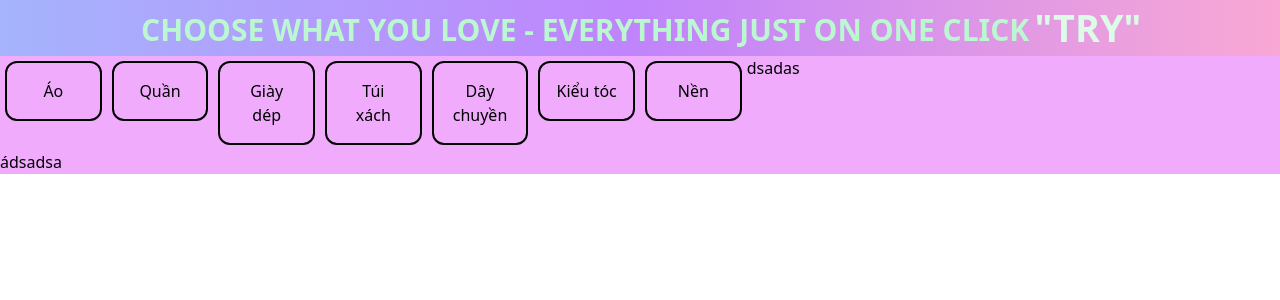
Repository: NguyenVietPhuQuy/ReactJs-TailWind-Redux-FunctionHook-ModelDesign
Page: / (app in modeldesign/)
The author's editor kept a copy of each file at every save. The page is drawn from the files as they stood at one save, then again after the next save.
The browser window is 1280 px wide. The pictures show the whole page.
The project was rebuilt for these pictures with package versions that can differ from the ones it lists, and the page was loaded fresh each time. Also part of the build but not shown: modeldesign/src/App.css.

Above is the page before, as saved 2022-11-17 13:32:16.

### modeldesign/public/index.html
<!DOCTYPE html>
<html lang="en">
  <head>
    <meta charset="utf-8" />
    <link rel="icon" href="%PUBLIC_URL%/favicon.ico" />
    <meta name="viewport" content="width=device-width, initial-scale=1" />
    <meta name="theme-color" content="#000000" />
    <meta
      name="description"
      content="Web site created using create-react-app"
    />
    <!--bootstrap-->
    <link rel="stylesheet" href="https://cdnjs.cloudflare.com/ajax/libs/bootstrap/5.2.2/js/bootstrap.min.js">
    <link rel="apple-touch-icon" href="%PUBLIC_URL%/logo192.png" />
    <!--
      manifest.json provides metadata used when your web app is installed on a
      user's mobile device or desktop. See https://developers.google.com/web/fundamentals/web-app-manifest/
    -->
    <link rel="manifest" href="%PUBLIC_URL%/manifest.json" />
    <!--
      Notice the use of %PUBLIC_URL% in the tags above.
      It will be replaced with the URL of the `public` folder during the build.
      Only files inside the `public` folder can be referenced from the HTML.

      Unlike "/favicon.ico" or "favicon.ico", "%PUBLIC_URL%/favicon.ico" will
      work correctly both with client-side routing and a non-root public URL.
      Learn how to configure a non-root public URL by running `npm run build`.
    -->
    <title>React App</title>
  </head>
  <body>
    <noscript>You need to enable JavaScript to run this app.</noscript>
    <div id="root"></div>
    <!--
      This HTML file is a template.
      If you open it directly in the browser, you will see an empty page.

      You can add webfonts, meta tags, or analytics to this file.
      The build step will place the bundled scripts into the <body> tag.

      To begin the development, run `npm start` or `yarn start`.
      To create a production bundle, use `npm run build` or `yarn build`.
    -->
  </body>
</html>

### modeldesign/src/index.js
import React from 'react';
import ReactDOM from 'react-dom/client';
import './index.css';
import App from './App';
import reportWebVitals from './reportWebVitals';
import {Provider} from 'react-redux'
import store from './Components/Reducer/Store';
const root = ReactDOM.createRoot(document.getElementById('root'));
root.render(
  <React.StrictMode>
    <Provider store ={store}>
    <App/>
    </Provider>
  </React.StrictMode>
);

// If you want to start measuring performance in your app, pass a function
// to log results (for example: reportWebVitals(console.log))
// or send to an analytics endpoint. Learn more: https://bit.ly/CRA-vitals
reportWebVitals();

### modeldesign/src/App.js
import React from 'react';
import './App.css';
import Home from './Components/Home.js'
function App() {
  return (
    <div>
      <Home/>
    </div>
  );
}

export default App;

### modeldesign/src/Components/Reducer/Store.js
import {createStore} from "redux"
import rootReducer from "./RootReducer"

const store = createStore(rootReducer,window.__REDUX_DEVTOOLS_EXTENSION__ && window.__REDUX_DEVTOOLS_EXTENSION__())
export default store

### modeldesign/src/Components/Home.js
import React from "react";
import Header from './Header.js'
import Category from "./Category.js";
import ProductList from "./ProductList.js";
import Model from "./Model.js";
function Home() {
    return (
        <div className="container mx-auto relative bg-fuchsia-300">
            <section className=
            " bg-gradient-to-r from-indigo-300 via-purple-400 to-pink-300 w-full ring-2 ring-transparent">
                    <Header/>
            </section>
            <section className="main flex flex-row">
                <div className="basis-7/12">
                    <Category/>
                    <ProductList/>
                </div>
                <div className="basis-5/12">
                    <Model />
                </div>
            </section>
        </div>
    )
}
export default Home

### modeldesign/src/Components/Reducer/RootReducer.js
import { combineReducers } from "redux";
import ProductReducer from './ProductReducer'
import CategoryReducer from './CategoryReducer'

const RootReducer = combineReducers({
    products: ProductReducer,
    categories: CategoryReducer,

})

export default RootReducer

### modeldesign/src/Components/Header.js
import React from "react";
import 'animate.css'
function Header(){
    return (
        <div className="text-center text-3xl p-2 font-semibold text-green-200 ">
            CHOOSE WHAT YOU LOVE - EVERYTHING JUST ON ONE CLICK <span className="text-green-100 font-bold text-4xl animate__animated animate__pulse animate__infinite inline-block">"TRY" </span>
        </div>
    )
}
export default Header

### modeldesign/src/Components/Category.js
import React from "react";
import { useSelector } from 'react-redux'


function Category(props) {
    const returnValue = useSelector(state => state.categories.category)
    return (
        <div className=" flex flex-row w-full">
            {returnValue.map((item) => {
                return (
                    <div className="w-1/2" style={{margin:5}}>
                        <button className="p-4 w-full rounded-xl "  style={{ border: "2px solid black"}} >{item.showName}</button>
                    </div>
                )
            })}
        </div>
    )
}

export default Category

### modeldesign/src/Components/ProductList.js
import React from "react";
function ProductList(){
    return(<div>
ádsadsa
    </div>)
}
export default ProductList

### modeldesign/src/Components/Model.js
import React from "react";
function Model(){
    return(<div>
        dsadas
    </div>)
}
export default Model

### modeldesign/src/Components/Reducer/ProductReducer.js

const initialState = {
    product: [{
        id: 'topcloth_1',
        type: "topclothes",
        name: "Top Cloth 1",
        desc: "Lorem ipsum dolor, sit amet consectetur adipisicing elit. Aliquid, nulla.",
        imgSrc_jpg: 'images/clothes/topcloth1_show.jpg',
        imgSrc_png: 'images/clothes/topcloth1.png',
    },
    {
        id: 'topcloth_2',
        type: "topclothes",
        name: "Top Cloth 2",
        desc: "Lorem ipsum dolor, sit amet consectetur adipisicing elit. Aliquid, nulla.",
        imgSrc_jpg: 'images/clothes/topcloth2_show.jpg',
        imgSrc_png: 'images/clothes/topcloth2.png',
    },
    {
        id: 'topcloth_3',
        type: "topclothes",
        name: "Top Cloth 3",
        desc: "Lorem ipsum dolor, sit amet consectetur adipisicing elit. Aliquid, nulla.",
        imgSrc_jpg: 'images/clothes/topcloth3_show.jpg',
        imgSrc_png: 'images/clothes/topcloth3.png',
    },
    {
        id: 'topcloth_4',
        type: "topclothes",
        name: "Top Cloth 4",
        desc: "Lorem ipsum dolor, sit amet consectetur adipisicing elit. Aliquid, nulla.",
        imgSrc_jpg: 'images/clothes/topcloth4_show.jpg',
        imgSrc_png: 'images/clothes/topcloth4.png',
    },
    {
        id: 'topcloth_5',
        type: "topclothes",
        name: "Top Cloth 5",
        desc: "Lorem ipsum dolor, sit amet consectetur adipisicing elit. Aliquid, nulla.",
        imgSrc_jpg: 'images/clothes/topcloth5_show.jpg',
        imgSrc_png: 'images/clothes/topcloth5.png',
    },
    {
        id: 'topcloth_6',
        type: "topclothes",
        name: "Top Cloth ",
        desc: "Lorem ipsum dolor, sit amet consectetur adipisicing elit. Aliquid, nulla.",
        imgSrc_jpg: 'images/clothes/topcloth6_show.jpg',
        imgSrc_png: 'images/clothes/topcloth6.png',
    },

    // Both clothes
    {
        id: 'botcloth_1',
        type: "botclothes",
        name: "Bot Cloth 1",
        desc: "Lorem ipsum dolor, sit amet consectetur adipisicing elit. Aliquid, nulla.",
        imgSrc_jpg: 'images/clothes/botcloth1_show.jpg',
        imgSrc_png: 'images/clothes/botcloth1.png',
    },
    {
        id: 'botcloth_2',
        type: "botclothes",
        name: "Bot Cloth 2",
        desc: "Lorem ipsum dolor, sit amet consectetur adipisicing elit. Aliquid, nulla.",
        imgSrc_jpg: 'images/clothes/botcloth2_show.jpg',
        imgSrc_png: 'images/clothes/botcloth2.png',
    },
    {
        id: 'botcloth_3',
        type: "botclothes",
        name: "Bot Cloth 3",
        desc: "Lorem ipsum dolor, sit amet consectetur adipisicing elit. Aliquid, nulla.",
        imgSrc_jpg: 'images/clothes/botcloth3_show.jpg',
        imgSrc_png: 'images/clothes/botcloth3.png',
    },
    {
        id: 'botcloth_4',
        type: "botclothes",
        name: "Bot Cloth 4",
        desc: "Lorem ipsum dolor, sit amet consectetur adipisicing elit. Aliquid, nulla.",
        imgSrc_jpg: 'images/clothes/botcloth4_show.jpg',
        imgSrc_png: 'images/clothes/botcloth4.png',
    },
    {
        id: 'botcloth_5',
        type: "botclothes",
        name: "Bot Cloth 5",
        desc: "Lorem ipsum dolor, sit amet consectetur adipisicing elit. Aliquid, nulla.",
        imgSrc_jpg: 'images/clothes/botcloth5_show.jpg',
        imgSrc_png: 'images/clothes/botcloth5.png',
    },

    // Shoes
    {
        id: 'shoes_1',
        type: "shoes",
        name: "Shoes 1",
        desc: "Lorem ipsum dolor, sit amet consectetur adipisicing elit. Aliquid, nulla.",
        imgSrc_jpg: 'images/shoes/shoes1_show.jpg',
        imgSrc_png: 'images/shoes/shoes1.png',
    },
    {
        id: 'shoes_2',
        type: "shoes",
        name: "Shoes 2",
        desc: "Lorem ipsum dolor, sit amet consectetur adipisicing elit. Aliquid, nulla.",
        imgSrc_jpg: 'images/shoes/shoes2_show.jpg',
        imgSrc_png: 'images/shoes/shoes2.png',
    },
    {
        id: 'shoes_3',
        type: "shoes",
        name: "Shoes 3",
        desc: "Lorem ipsum dolor, sit amet consectetur adipisicing elit. Aliquid, nulla.",
        imgSrc_jpg: 'images/shoes/shoes3_show.jpg',
        imgSrc_png: 'images/shoes/shoes3.png',
    },
    {
        id: 'shoes_4',
        type: "shoes",
        name: "Shoes 4",
        desc: "Lorem ipsum dolor, sit amet consectetur adipisicing elit. Aliquid, nulla.",
        imgSrc_jpg: 'images/shoes/shoes4_show.jpg',
        imgSrc_png: 'images/shoes/shoes4.png',
    },
    {
        id: 'shoes_5',
        type: "shoes",
        name: "Shoes 5",
        desc: "Lorem ipsum dolor, sit amet consectetur adipisicing elit. Aliquid, nulla.",
        imgSrc_jpg: 'images/shoes/shoes5_show.jpg',
        imgSrc_png: 'images/shoes/shoes5.png',
    },

    // Handbags
    {
        id: 'handbag_1',
        type: "handbags",
        name: "Handbag 1",
        desc: "Lorem ipsum dolor, sit amet consectetur adipisicing elit. Aliquid, nulla.",
        imgSrc_jpg: 'images/handbags/handbag1_show.jpg',
        imgSrc_png: 'images/handbags/handbag1.png',
    },
    {
        id: 'handbag_2',
        type: "handbags",
        name: "Handbag 2",
        desc: "Lorem ipsum dolor, sit amet consectetur adipisicing elit. Aliquid, nulla.",
        imgSrc_jpg: 'images/handbags/handbag2_show.jpg',
        imgSrc_png: 'images/handbags/handbag2.png',
    },
    {
        id: 'handbag_3',
        type: "handbags",
        name: "Handbag 3",
        desc: "Lorem ipsum dolor, sit amet consectetur adipisicing elit. Aliquid, nulla.",
        imgSrc_jpg: 'images/handbags/handbag3_show.jpg',
        imgSrc_png: 'images/handbags/handbag3.png',
    },

    // Necklaces
    {
        id: 'necklace_1',
        type: "necklaces",
        name: "Necklace 1",
        desc: "Lorem ipsum dolor, sit amet consectetur adipisicing elit. Aliquid, nulla.",
        imgSrc_jpg: 'images/necklaces/necklace1_show.jpg',
        imgSrc_png: 'images/necklaces/necklace1.png',
    },
    {
        id: 'necklace_2',
        type: "necklaces",
        name: "Necklace 2",
        desc: "Lorem ipsum dolor, sit amet consectetur adipisicing elit. Aliquid, nulla.",
        imgSrc_jpg: 'images/necklaces/necklace2_show.jpg',
        imgSrc_png: 'images/necklaces/necklace2.png',
    },
    {
        id: 'necklace_3',
        type: "necklaces",
        name: "Necklace 3",
        desc: "Lorem ipsum dolor, sit amet consectetur adipisicing elit. Aliquid, nulla.",
        imgSrc_jpg: 'images/necklaces/necklace3_show.jpg',
        imgSrc_png: 'images/necklaces/necklace3.png',
    },

    // Hairstyle
    {
        id: 'hairstyle_1',
        type: "hairstyle",
        name: "Hairstyle 1",
        desc: "Lorem ipsum dolor, sit amet consectetur adipisicing elit. Aliquid, nulla.",
        imgSrc_jpg: 'images/hairstyle/hairstyle1_show.jpg',
        imgSrc_png: 'images/hairstyle/hairstyle1.png',
    },
    {
        id: 'hairstyle_2',
        type: "hairstyle",
        name: "Hairstyle 2",
        desc: "Lorem ipsum dolor, sit amet consectetur adipisicing elit. Aliquid, nulla.",
        imgSrc_jpg: 'images/hairstyle/hairstyle2_show.jpg',
        imgSrc_png: 'images/hairstyle/hairstyle2.png',
    },
    {
        id: 'hairstyle_3',
        type: "hairstyle",
        name: "Hairstyle 3",
        desc: "Lorem ipsum dolor, sit amet consectetur adipisicing elit. Aliquid, nulla.",
        imgSrc_jpg: 'images/hairstyle/hairstyle3_show.jpg',
        imgSrc_png: 'images/hairstyle/hairstyle3.png',
    },

    // Background
    {
        id: 'background_1',
        type: "background",
        name: "Background 1",
        desc: "Lorem ipsum dolor, sit amet consectetur adipisicing elit. Aliquid, nulla.",
        imgSrc_jpg: 'images/background/background1_show.jpg',
        imgSrc_png: 'images/background/background1.jpg',
    },
    {
        id: 'background_2',
        type: "background",
        name: "Background 2",
        desc: "Lorem ipsum dolor, sit amet consectetur adipisicing elit. Aliquid, nulla.",
        imgSrc_jpg: 'images/background/background2_show.jpg',
        imgSrc_png: 'images/background/background2.jpg',
    },
    {
        id: 'background_3',
        type: "background",
        name: "Background 3",
        desc: "Lorem ipsum dolor, sit amet consectetur adipisicing elit. Aliquid, nulla.",
        imgSrc_jpg: 'images/background/background3_show.jpg',
        imgSrc_png: 'images/background/background3.jpg',
    },
    {
        id: 'background_4',
        type: "background",
        name: "Background 4",
        desc: "Lorem ipsum dolor, sit amet consectetur adipisicing elit. Aliquid, nulla.",
        imgSrc_jpg: 'images/background/background4_show.jpg',
        imgSrc_png: 'images/background/background4.jpg',
    },
    {
        id: 'background_5',
        type: "background",
        name: "Background 5",
        desc: "Lorem ipsum dolor, sit amet consectetur adipisicing elit. Aliquid, nulla.",
        imgSrc_jpg: 'images/background/background5_show.jpg',
        imgSrc_png: 'images/background/background5.jpg',
    },
    {
        id: 'background_6',
        type: "background",
        name: "Background 6",
        desc: "Lorem ipsum dolor, sit amet consectetur adipisicing elit. Aliquid, nulla.",
        imgSrc_jpg: 'images/background/background6_show.jpg',
        imgSrc_png: 'images/background/background6.jpg',
    },
    {
        id: 'background_7',
        type: "background",
        name: "Background 7",
        desc: "Lorem ipsum dolor, sit amet consectetur adipisicing elit. Aliquid, nulla.",
        imgSrc_jpg: 'images/background/background7_show.jpg',
        imgSrc_png: 'images/background/background7.jpg',
    },
    ],
}
const ProductReducer = (state = initialState) => {
    return state
}

export default ProductReducer

### modeldesign/src/Components/Reducer/CategoryReducer.js
const initialState ={
    category: [
        { tabName: 'tabTopClothes', showName: 'Áo', type: 'topclothes' },
        { tabName: 'tabBotClothes', showName: 'Quần', type: 'botclothes' },
        { tabName: 'tabShoes', showName: 'Giày dép', type: 'shoes' },
        { tabName: 'tabHandBags', showName: 'Túi xách', type: 'handbags' },
        { tabName: 'tabNecklaces', showName: 'Dây chuyền', type: 'necklaces' },
        { tabName: 'tabHairStyle', showName: 'Kiểu tóc', type: 'hairstyle' },
        { tabName: 'tabBackground', showName: 'Nền', type: 'background' }
    ]
}
const CategoryReducer = (state=initialState) =>{
    return state
}
export default CategoryReducer

Loaded but not shown: modeldesign/src/index.css (common file); modeldesign/src/reportWebVitals.js (common file); modeldesign/tailwind.config.js (common file)

After the next save:
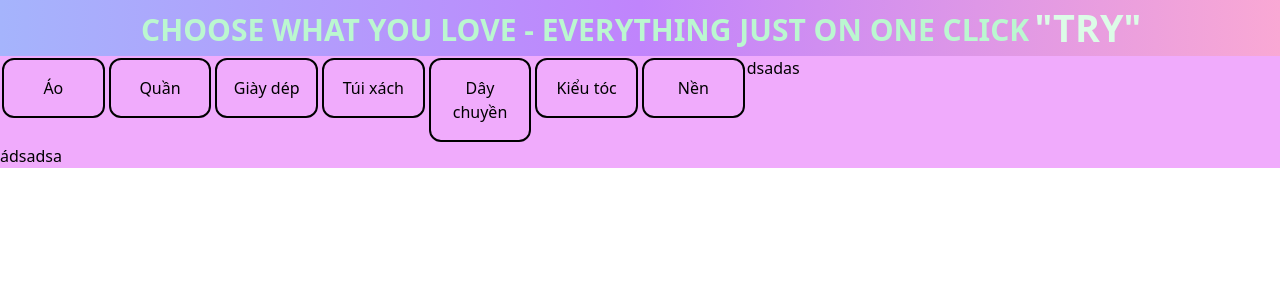
Saved 6 s later.
--- a/modeldesign/src/Components/Category.js
+++ b/modeldesign/src/Components/Category.js
@@ -8,7 +8,7 @@ function Category(props) {
         <div className=" flex flex-row w-full">
             {returnValue.map((item) => {
                 return (
-                    <div className="w-1/2" style={{margin:5}}>
+                    <div className="w-1/2" style={{margin:2}}>
                         <button className="p-4 w-full rounded-xl "  style={{ border: "2px solid black"}} >{item.showName}</button>
                     </div>
                 )
